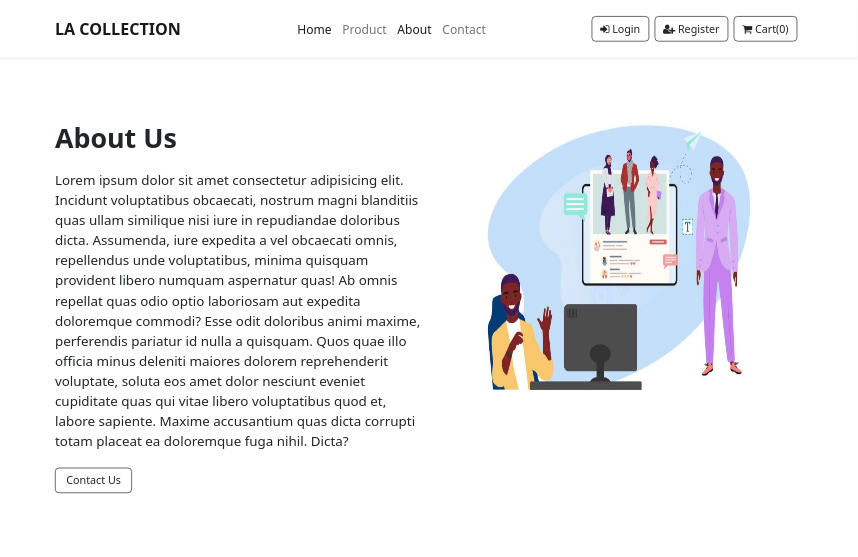
Repository: tiendungjr123/Ecommerce
Page: /about
An editor plug-in stored every save of this project. The page is shown before and after the next save, followed by the edit.
The browser window is 1280 px wide. The pictures show the whole page, at 67% of full size.
The page's requests for data from a server got no answer. The project was rebuilt for these pictures with package versions that can differ from the ones it lists, and the page was loaded fresh each time. No one was signed in, and anything a server would have sent is missing. Also part of the build but not shown: src/redux/action/index.js, src/components/ProductDetail.jsx, src/components/Contact.jsx, src/components/Cart.jsx, src/components/Checkout.jsx.

Above is the page before, as saved 2022-10-05 00:16:23.

After the next save:
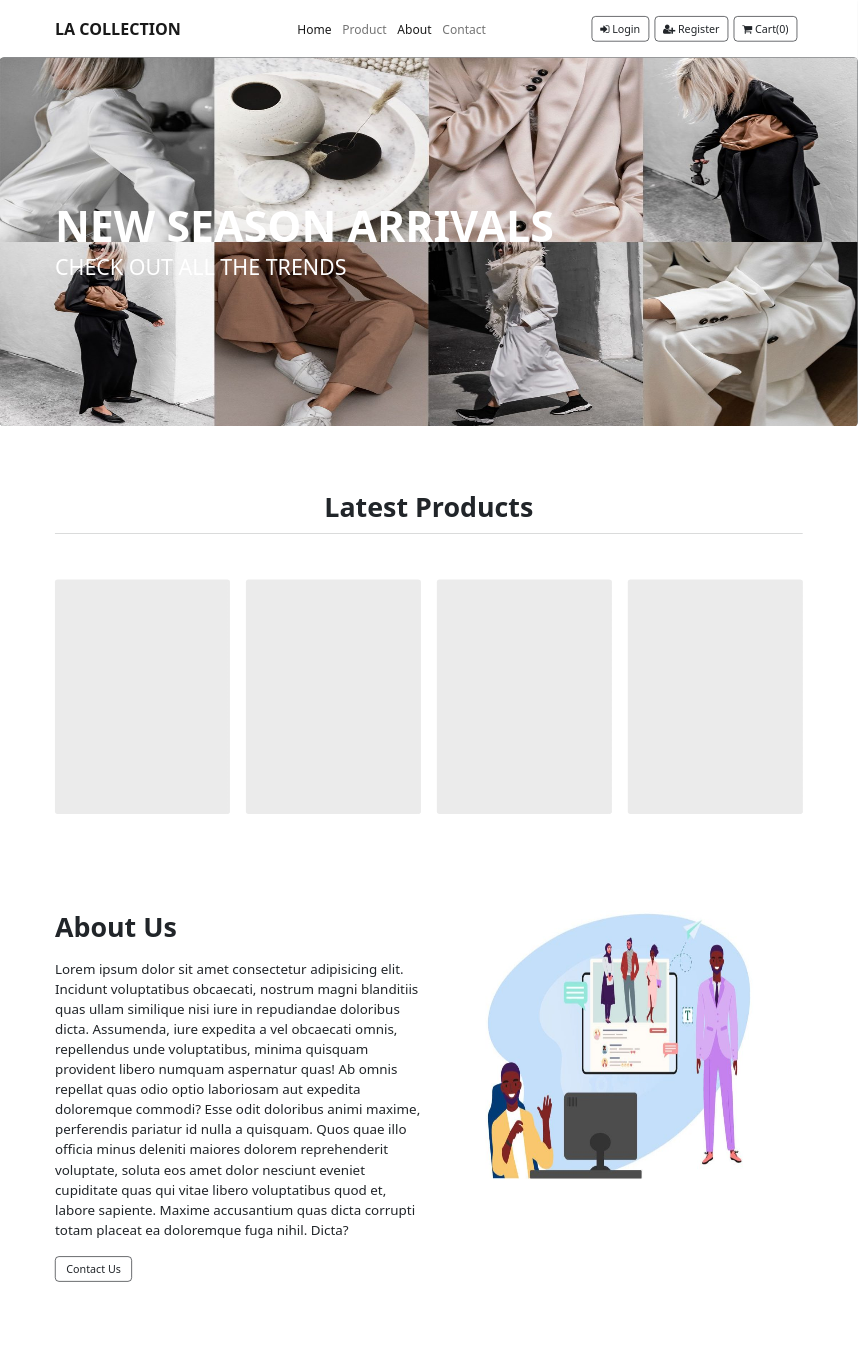
Saved 2 min 59 s later.
--- a/src/App.js
+++ b/src/App.js
@@ -12,6 +12,7 @@
    return (
       <>
          <Navbar/>
+         <Home/>
          <Routes>
             <Route exact path='/' element={<Home/>}/>
             <Route exact path='/products' element={<Products/>}/>

After the save that followed:
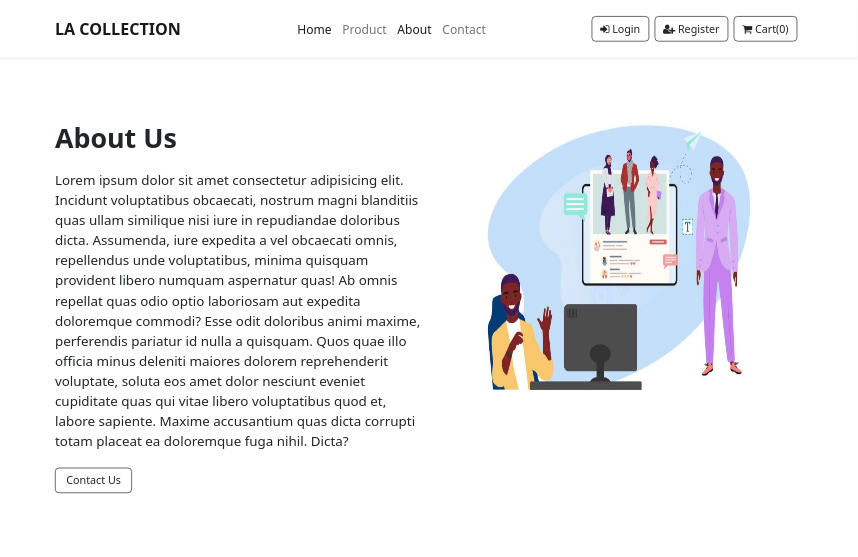
Saved 5 min 38 s later.
--- a/src/App.js
+++ b/src/App.js
@@ -12,7 +12,6 @@
    return (
       <>
          <Navbar/>
-         <Home/>
          <Routes>
             <Route exact path='/' element={<Home/>}/>
             <Route exact path='/products' element={<Products/>}/>
